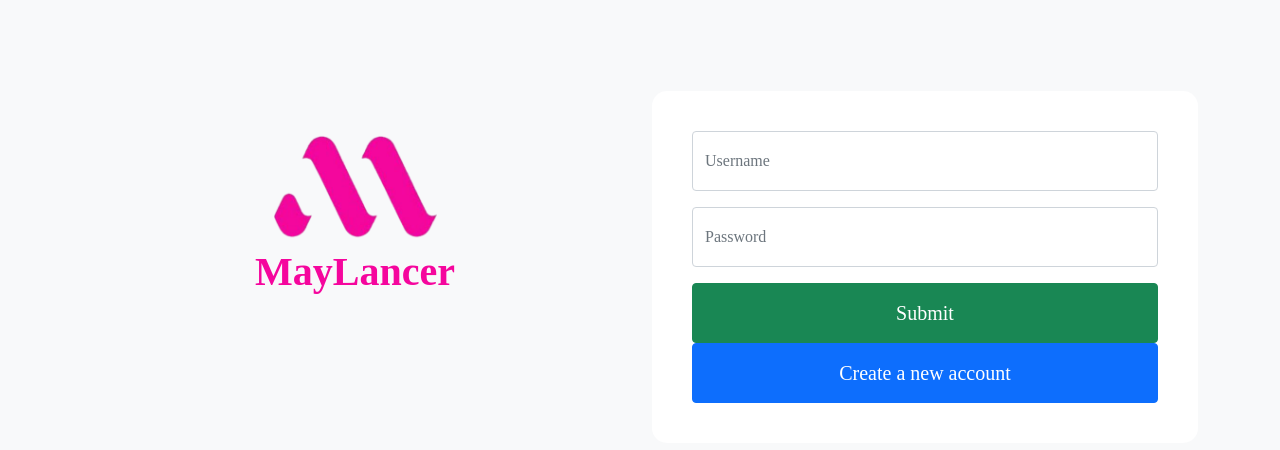
Repository: prathmesh2023/maylancers
Page: http://localhost/login
The author's editor kept a copy of each file at every save. The page is drawn from the files as they stood at one save, then again after the next save.
The browser window is 1280 px wide. The pictures show the whole page.
Some web fonts or font styles are not loaded; a fallback is used. Some web libraries are served in a nearby version. The page is served by the project's application, run on Django 3.2 (manage.py). Other server files are loaded and not shown.

Above is the page before, as saved 2022-01-23 17:40:42.

### templates/login.html
<!DOCTYPE html>
<html lang="en">

<head>
    <meta charset="UTF-8">
    <meta http-equiv="X-UA-Compatible" content="IE=edge">
    <meta name="viewport" content="width=device-width, initial-scale=1.0">
    <title>LogIn MyLancers</title>

    {% load static %}
    <link href="{% static 'bootstrap-5/css/bootstrap.min.css' %}" type="text/css" rel="stylesheet" />
    <link href="{% static 'css/main.css' %}" type="text/css" rel="stylesheet">

    <!-- js bostrap -->
    <script src="https://code.jquery.com/jquery-3.2.1.slim.min.js" integrity="sha384-KJ3o2DKtIkvYIK3UENzmM7KCkRr/rE9/Qpg6aAZGJwFDMVNA/GpGFF93hXpG5KkN" crossorigin="anonymous"></script>
    <script src="https://cdnjs.cloudflare.com/ajax/libs/popper.js/1.12.9/umd/popper.min.js" integrity="sha384-ApNbgh9B+Y1QKtv3Rn7W3mgPxhU9K/ScQsAP7hUibX39j7fakFPskvXusvfa0b4Q" crossorigin="anonymous"></script>
    <script src="https://maxcdn.bootstrapcdn.com/bootstrap/4.0.0/js/bootstrap.min.js" integrity="sha384-JZR6Spejh4U02d8jOt6vLEHfe/JQGiRRSQQxSfFWpi1MquVdAyjUar5+76PVCmYl" crossorigin="anonymous"></script>
    <!-- / -->
    <link rel="stylesheet" href="https://cdnjs.cloudflare.com/ajax/libs/font-awesome/4.7.0/css/font-awesome.min.css">
    <link href='https://fonts.googleapis.com/css?family=Concert One' rel='stylesheet'>
    <link href='https://fonts.googleapis.com/css?family=Courgette' rel='stylesheet'>
    <link href='https://fonts.googleapis.com/css?family=Jockey One' rel='stylesheet'>

    <style>
        form {
            background-color: white;
            padding: 40px;
            font-family: cursive;
            border-radius: 15px;
        }

        form input {
            height: 60px;
            font-size: 20x;
        }

        form button {
            height: 60px;
            width: 100%;
        }

        .btn {
            font-size: 20px;
        }

        .ml {
            margin-top: 10%;
        }

        .mf {
            margin-top: 8%;
        }
    </style>
</head>

<body class="bg-light">



    <div class="container ">
        <div class="row">
            <div class="col-md-6 text-center ml">
                <img class=" " src="{% static 'img/logo.png' %}" style="max-width:30%; margin-top:20px;">

                <p class=" my-0 py-0 Courgette" style=" color: #f5069d;  font-size: 40px; margin-top:-100px;"> <b>MayLancer</b></p>
            </div>

            <div class="col-md-6 mf ">


                <form>
                    <div class="mb-3">

                        <input type="email" class="form-control" id="exampleInputEmail1" aria-describedby="emailHelp" placeholder="Username ">

                    </div>
                    <div class="mb-3">

                        <input type="password" class="form-control" id="exampleInputPassword1" placeholder="Password">
                    </div>



                    <button type="submit" class="btn btn-success">Submit</button>
                    <button type="button" class="btn btn-primary">Create a new account</button>
                </form>
            </div>
        </div>
    </div>


    {% block footer %} {% endblock footer %}


</body>

</html>

### app1/views.py
from django.shortcuts import render

# Create your views here.

def home(request):

    return render(request, "home.html")


def login(request):

    return render(request, "login.html")

### maylancer/urls.py
"""maylancer URL Configuration

The `urlpatterns` list routes URLs to views. For more information please see:
    https://docs.djangoproject.com/en/3.2/topics/http/urls/
Examples:
Function views
    1. Add an import:  from my_app import views
    2. Add a URL to urlpatterns:  path('', views.home, name='home')
Class-based views
    1. Add an import:  from other_app.views import Home
    2. Add a URL to urlpatterns:  path('', Home.as_view(), name='home')
Including another URLconf
    1. Import the include() function: from django.urls import include, path
    2. Add a URL to urlpatterns:  path('blog/', include('blog.urls'))
"""
from django.contrib import admin
from django.urls import path,include

urlpatterns = [
    path('admin/', admin.site.urls),
    path('',include('app1.urls'))
]

### app1/urls.py
from django.contrib import admin
from django.urls import path
from app1 import views
urlpatterns = [
    path("", views.home , name="home"),
    path("login", views.login, name="login"),
]

### static/css/main.css
.primary-bg {
    background-color: rgb(255, 78, 166);
}

.brand {
    max-width: 100px;
    max-height: 39px;
    margin-top: -14px;
}

.bg-white {
    background: white;
}

.nav-item {
    font-size: large;
    font-family: 'Concert One';
    font-size: 22px;
    padding: 10px;
}

.in {
    margin-top: 50px;
}

.bgc {
    background-color: black;
    background-repeat: no-repeat;
    background-size: 100%;
    width: 100%;
    height: 400px;
}


/* fonts */

.jone {
    font-family: 'Jockey One';
}

.Courgette {
    font-family: 'Courgette';
}

.searchbox {}

.searchbox input {
    border-radius: 0%;
    height: 50px;
    background-color: #ffffffd9;
}

.bt {
    border-radius: 0%;
    height: 50px;
    font-family: cursive;
}

.di {
    color: white;
    border-radius: 0%;
}


/* cards */


/* .sub {
    background: #f5069d;
    color: white;
}

.img-thumbnail {
    padding: 0px;
}

.img {
    margin-left: -31px;
    width: 120%;
    height: 180px;
    border-style: solid;
    border-size: px;
    padding: 10px;
    box-shadow: 5px 10px 18px #888888;
    margin-top: -25px;
}

.card {
    box-shadow: 5px 10px 18px #888888;
}
*/

.card_main {
    margin-top: -100px;
}

.sub {
    background: #f5069d;
    color: white;
}

.img-thumbnail {
    padding: 0px;
}

.img {
    margin-left: -31px;
    width: 120%;
    height: 180px;
    border-style: solid;
    border-size: px;
    padding: 10px;
    box-shadow: 5px 10px 18px #888888;
    margin-top: -25px;
}

.card {
    box-shadow: 5px 10px 18px #888888;
}


/*  */

Loaded but not shown: static/bootstrap-5/css/bootstrap.min.css (library)

After the next save:
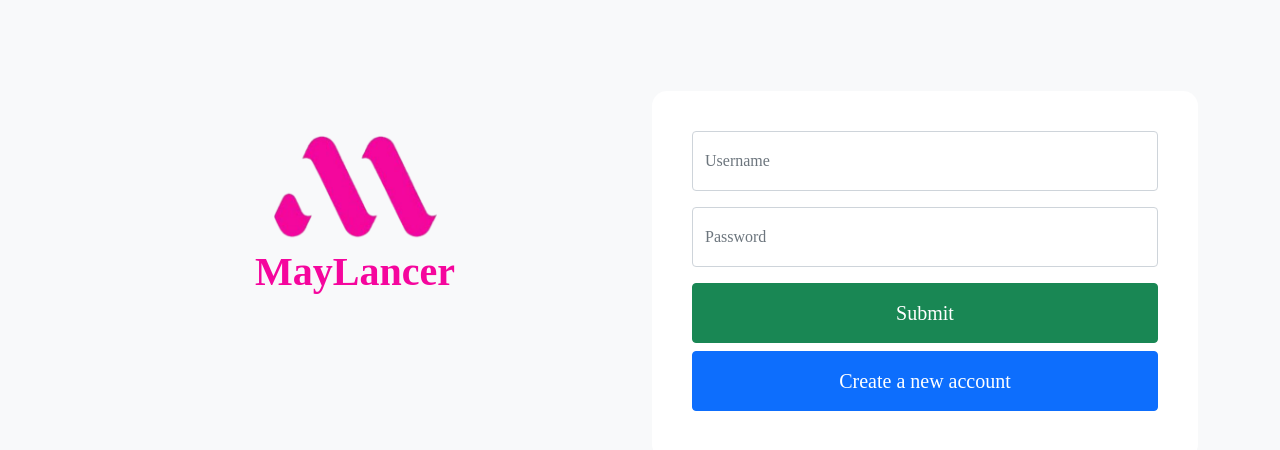
Saved 26 s later.
--- a/templates/login.html
+++ b/templates/login.html
@@ -82,7 +82,7 @@
 
 
                     <button type="submit" class="btn btn-success">Submit</button>
-                    <button type="button" class="btn btn-primary">Create a new account</button>
+                    <button type="button" class="btn btn-primary my-2">Create a new account</button>
                 </form>
             </div>
         </div>
